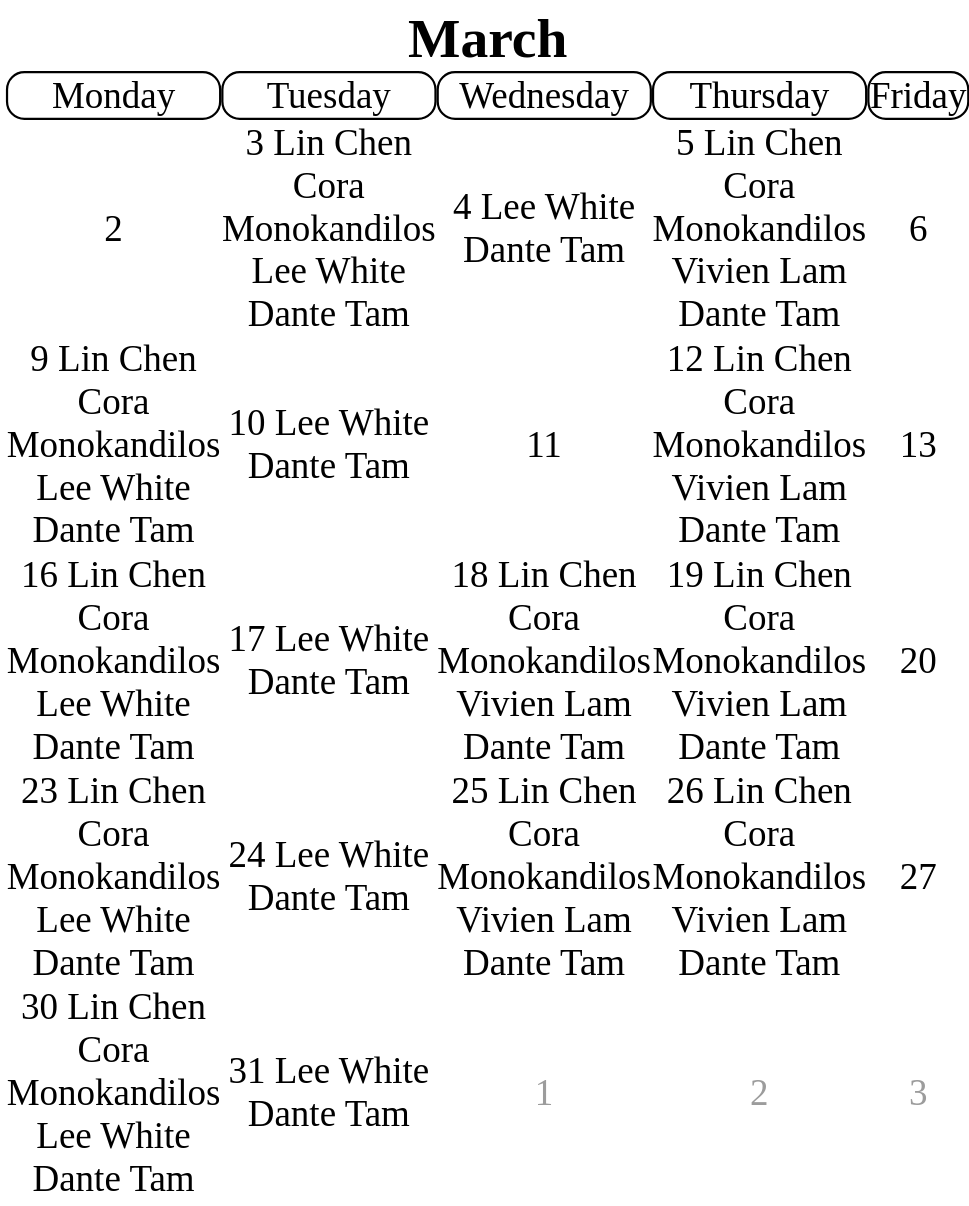
Repository: shleewhite/missionBitCalendar
Page: views/mar.html
The author's editor kept a record of every edit. The page is drawn from the files as they stood at one moment, then again after the next edit.
The browser window is 1280 px wide. The page is 1310 px wide, so the pictures cover 1310 px, including what lies to the right of the window. The pictures show the whole page, at 74% of full size.

Above is the page before.

### views/mar.html
<article id="mar">
<html>
    <link rel="stylesheet" type="text/css" href="main.css">
    <head></head>
    <body>
        <table id="monthTable">
                <th class="monthHeader" colspan="5">March</th>
            <tr>
                <td class="weekday">Monday</td>
                <td class="weekday">Tuesday</td>
                <td class="weekday">Wednesday</td>
                <td class="weekday">Thursday</td>
                <td class="weekday">Friday</td>
            </tr>
            <tr>
                <td>2</td>
                <td>3 Lin Chen<br>Cora Monokandilos<br>Lee White<br>Dante Tam</td>
                <td>4 Lee White<br>Dante Tam</td>
                <td>5 Lin Chen<br>Cora Monokandilos<br>Vivien Lam<br>Dante Tam</td>
                <td>6</td>
            </tr>
            <tr>
                <td>9 Lin Chen<br>Cora Monokandilos<br>Lee White<br>Dante Tam</td>
                <td>10 Lee White<br>Dante Tam</td>
                <td>11</td>
                <td>12 Lin Chen<br>Cora Monokandilos<br>Vivien Lam<br>Dante Tam</td>
                <td>13</td>
            </tr>
            <tr>
                <td>16 Lin Chen<br>Cora Monokandilos<br>Lee White<br>Dante Tam</td>
                <td>17 Lee White<br>Dante Tam</td>
                <td>18 Lin Chen<br>Cora Monokandilos<br>Vivien Lam<br>Dante Tam</td>
                <td>19 Lin Chen<br>Cora Monokandilos<br>Vivien Lam<br>Dante Tam</td>
                <td>20</td>
            </tr>
            <tr>
                <td>23 Lin Chen<br>Cora Monokandilos<br>Lee White<br>Dante Tam</td>
                <td>24 Lee White<br>Dante Tam</td>
                <td>25 Lin Chen<br>Cora Monokandilos<br>Vivien Lam<br>Dante Tam</td>
                <td>26 Lin Chen<br>Cora Monokandilos<br>Vivien Lam<br>Dante Tam</td>
                <td>27</td>
            </tr>
            <tr>
                <td>30 Lin Chen<br>Cora Monokandilos<br>Lee White<br>Dante Tam</td>
                <td>31 Lee White<br>Dante Tam</td>
                <td class="nextMonth">1</td>
                <td class="nextMonth">2</td>
                <td class="nextMonth">3</td>
            </tr>
        </table>
    </body>
</html>

### views/main.css
table {
    text-align: center;
    font-size: 50px;
    width: 100%;
    height: 700px;
    border-spacing: 50px 20px;

}
table th {
    text-align: center;
}
#year{
    /*font-family: 'Lobster', cursive;*/
    font-size: 100px;
}
.month{
    border-collapse: separate;
    border-color: #000000;
    border-radius: 25px;
    border-style: double;

    border-top-width: 15px;
    border-bottom-width: 15px;
    border-left-width: 15px;
    border-right-width: 15px;
    cursor: pointer;
}
.monthHeader {
    font-size: 75px;
    border-style: none;
}
.weekday {
    font-size: 50px;
    border-style: solid;
    border-radius: 25px;
}
#monthTable {
    border-spacing: 0px;
    border-color: #000000;
    border-radius: 25px;
    cursor: pointer;
    padding: 0px;
}
.days {
    font-size: 20px;
    text-align: left;
    border-style: double;
}
.noOne {
    text-align: center;
}
.nextMonth {
    color: #9C9C9C;
}

After the next edit:
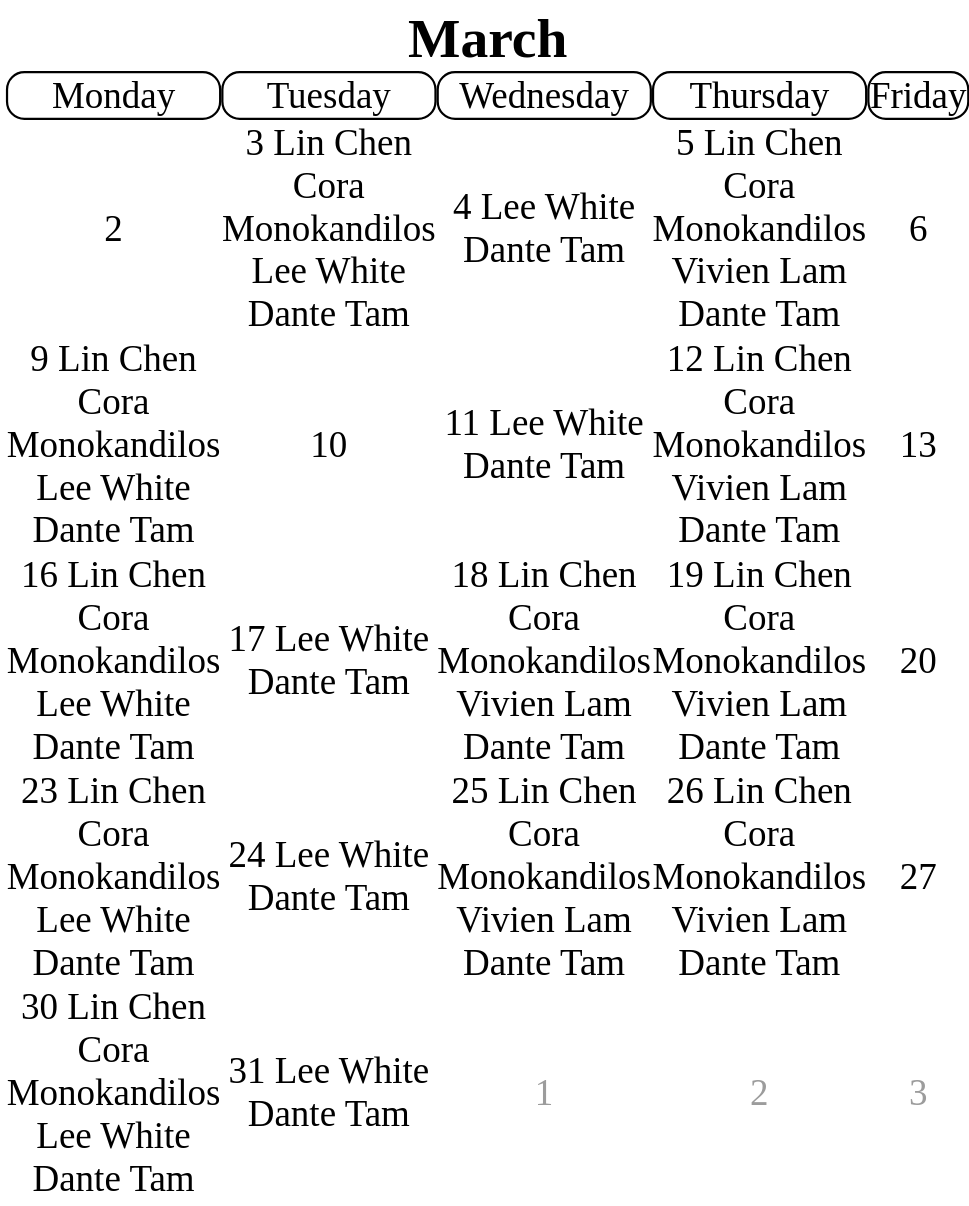
The edit:
--- a/views/mar.html
+++ b/views/mar.html
@@ -21,8 +21,8 @@
             </tr>
             <tr>
                 <td>9 Lin Chen<br>Cora Monokandilos<br>Lee White<br>Dante Tam</td>
-                <td>10 Lee White<br>Dante Tam</td>
-                <td>11</td>
+                <td>10</td>
+                <td>11 Lee White<br>Dante Tam</td>
                 <td>12 Lin Chen<br>Cora Monokandilos<br>Vivien Lam<br>Dante Tam</td>
                 <td>13</td>
             </tr>
